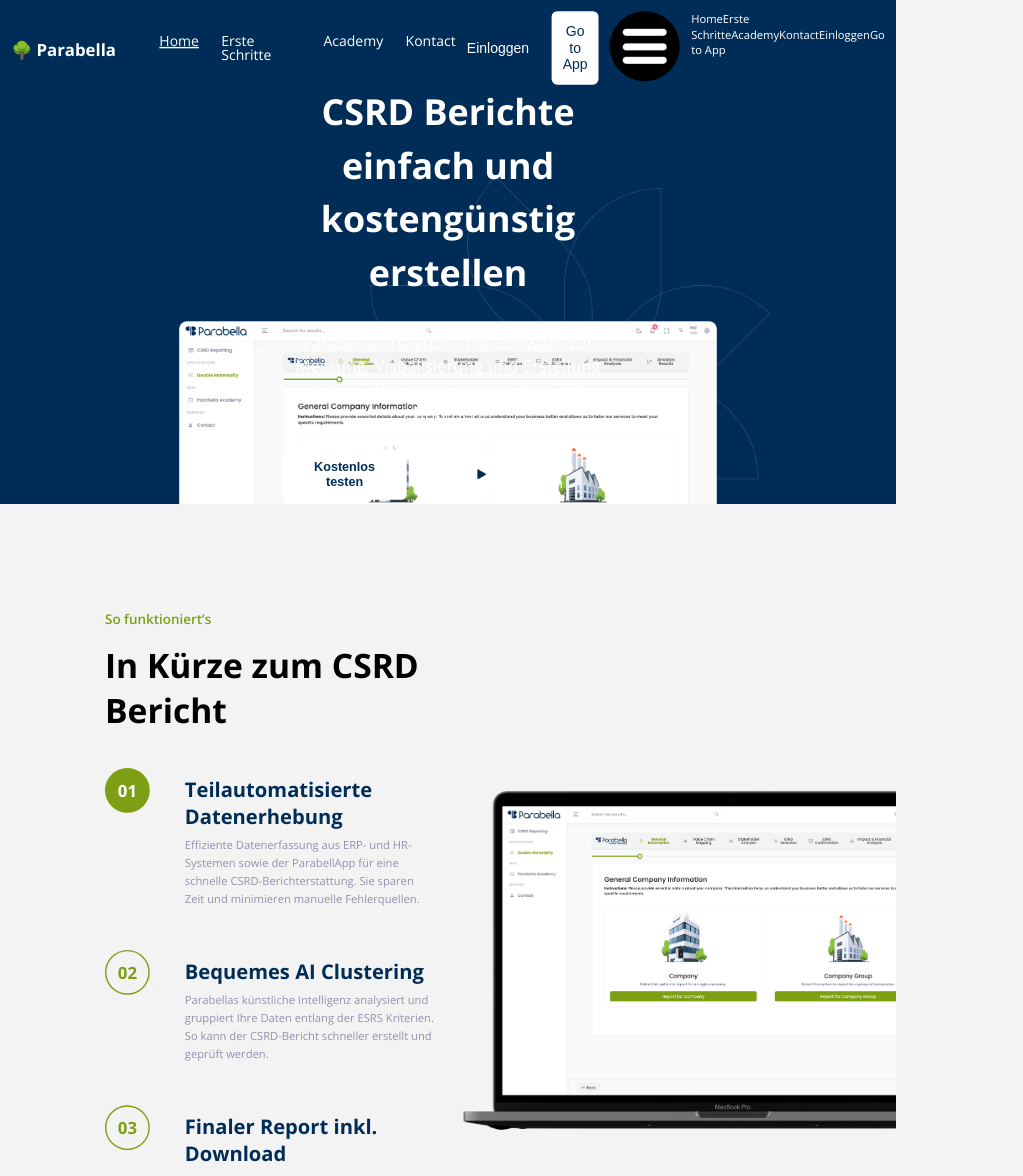
Repository: AiTrinh303/Parabella_Clone
Page: /
An editor plug-in stored every save of this project. The page is shown before and after the next save, followed by the edit.
The browser window is 1280 px wide. The page is 1462 px wide, so the pictures cover 1462 px, including what lies to the right of the window. The pictures show the part of the page from y = 0 to 1680 px (the page is 8556 px tall), at 70% of full size.
The project was rebuilt for these pictures with package versions that can differ from the ones it lists, and the page was loaded fresh each time. Also part of the build but not shown: vite.config.js, src/pages/HomePage/HomePage.scss, src/pages/ErsteSchrittePage/ErsteSchrittePage.jsx, src/pages/AcademyPage/AcademyPage.jsx, src/pages/ContactPage/ContactPage.jsx. Imported but missing from the stored project, and not drawn on this page: src/assets/natur.mp4.

Above is the page before, as saved 2024-09-30 14:09:16.

After the next save:
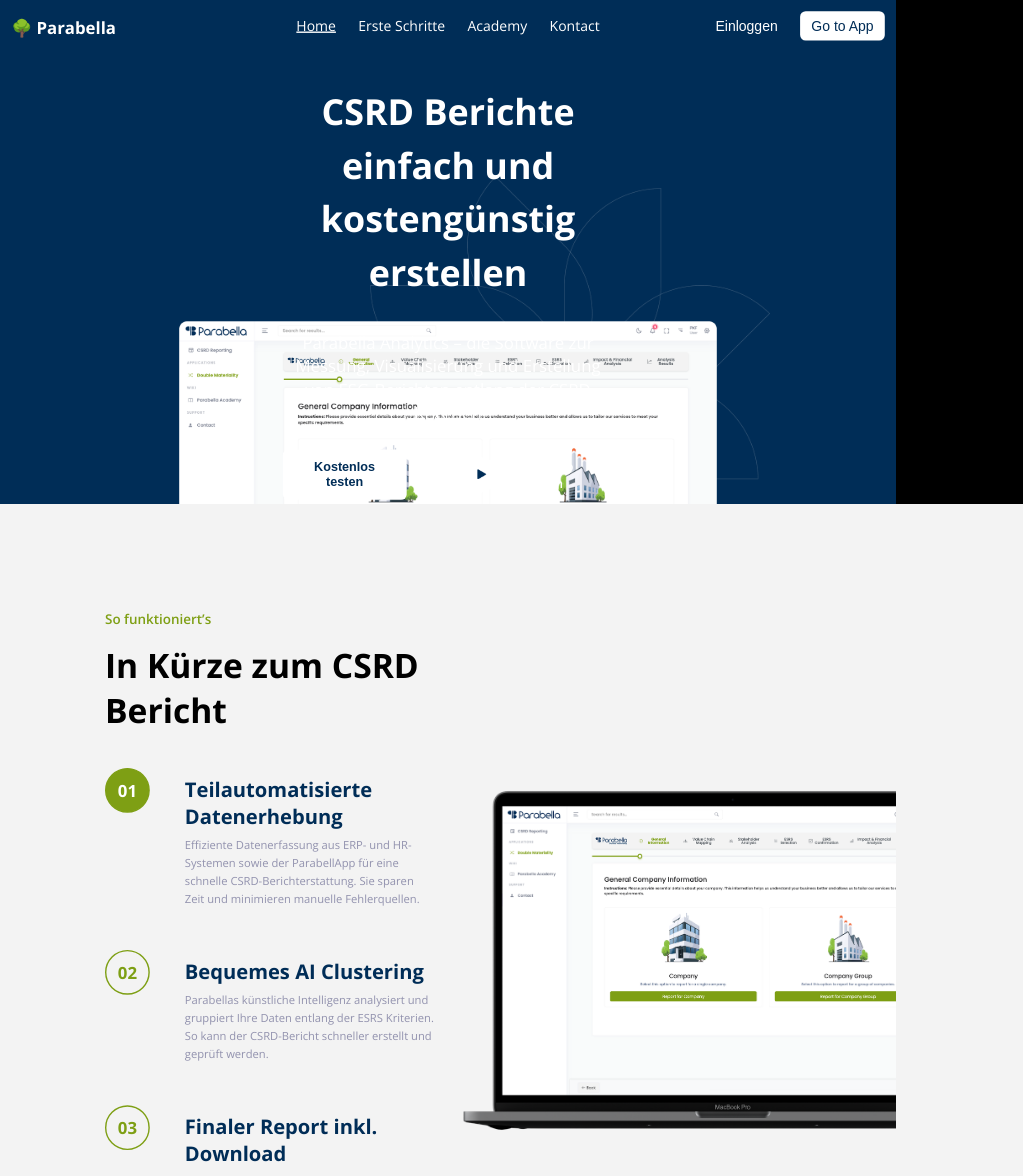
Saved 41 s later.
--- a/src/components/Navbar/Navbar.scss
+++ b/src/components/Navbar/Navbar.scss
@@ -69,3 +69,44 @@
         text-decoration: none;
       }
   }
+
+  .menuIcon {
+    display: none;
+    z-index: 999;
+
+    img {
+      width: 36px;
+      height: 36px;
+      cursor: pointer;
+    }
+
+    @include sm {
+      display: inline;
+    }
+  }
+
+  .menu {
+    position: absolute;
+    top: 0;
+    right: -50%;
+    background-color: black;
+    color: white;
+    height: 100vh;
+    width: 50%;
+    transition: all 1s ease;
+    display: flex;
+    flex-direction: column;
+    align-items: center;
+    justify-content: center;
+    font-size: 24px;
+
+    &.active {
+      right: 0;
+    }
+
+    @include sm {
+      a {
+        display: initial;
+      }
+    }
+  }

After the save that followed:
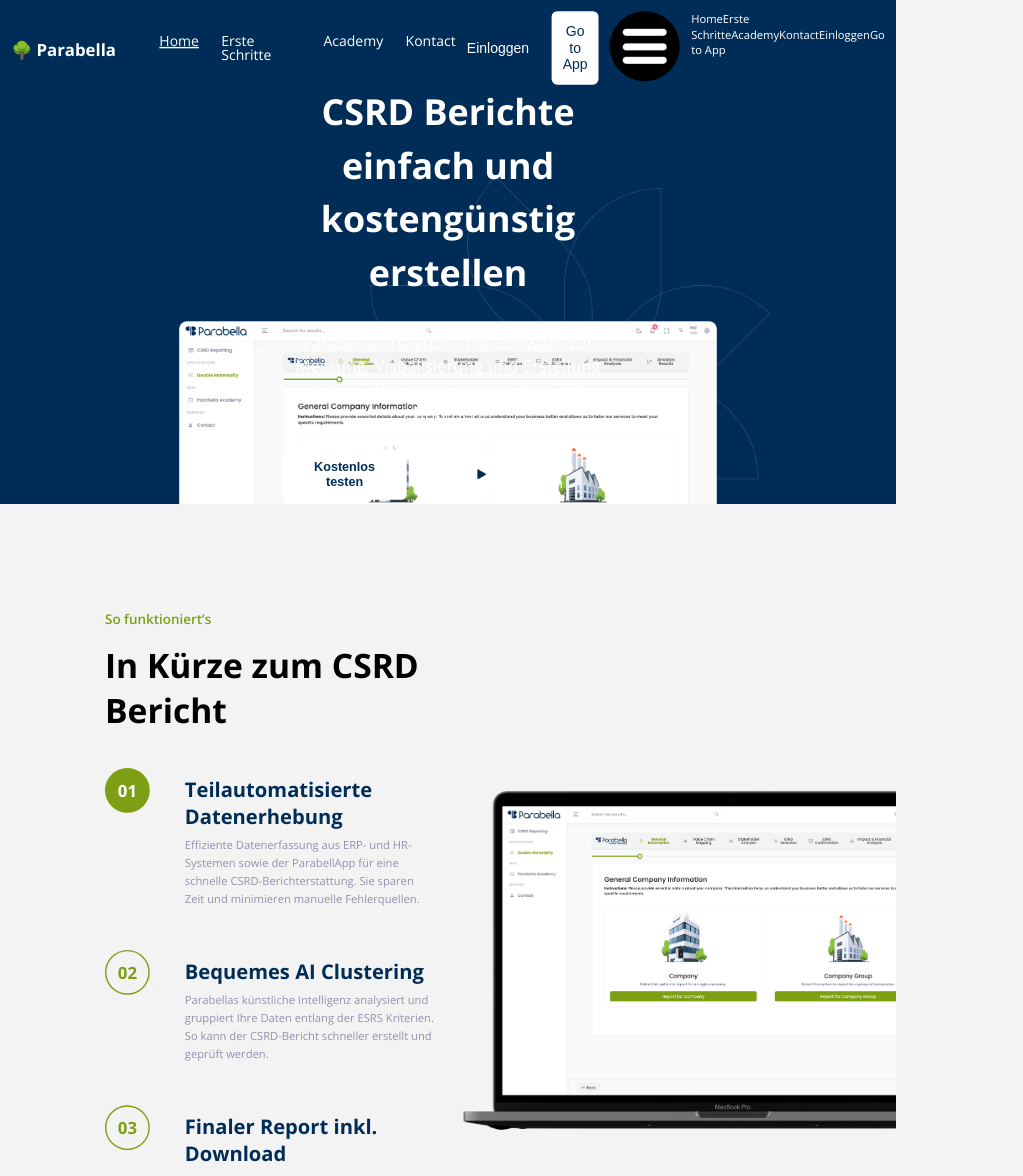
Saved 30 s later.
--- a/src/components/Navbar/Navbar.scss
+++ b/src/components/Navbar/Navbar.scss
@@ -69,44 +69,3 @@
         text-decoration: none;
       }
   }
-
-  .menuIcon {
-    display: none;
-    z-index: 999;
-
-    img {
-      width: 36px;
-      height: 36px;
-      cursor: pointer;
-    }
-
-    @include sm {
-      display: inline;
-    }
-  }
-
-  .menu {
-    position: absolute;
-    top: 0;
-    right: -50%;
-    background-color: black;
-    color: white;
-    height: 100vh;
-    width: 50%;
-    transition: all 1s ease;
-    display: flex;
-    flex-direction: column;
-    align-items: center;
-    justify-content: center;
-    font-size: 24px;
-
-    &.active {
-      right: 0;
-    }
-
-    @include sm {
-      a {
-        display: initial;
-      }
-    }
-  }
